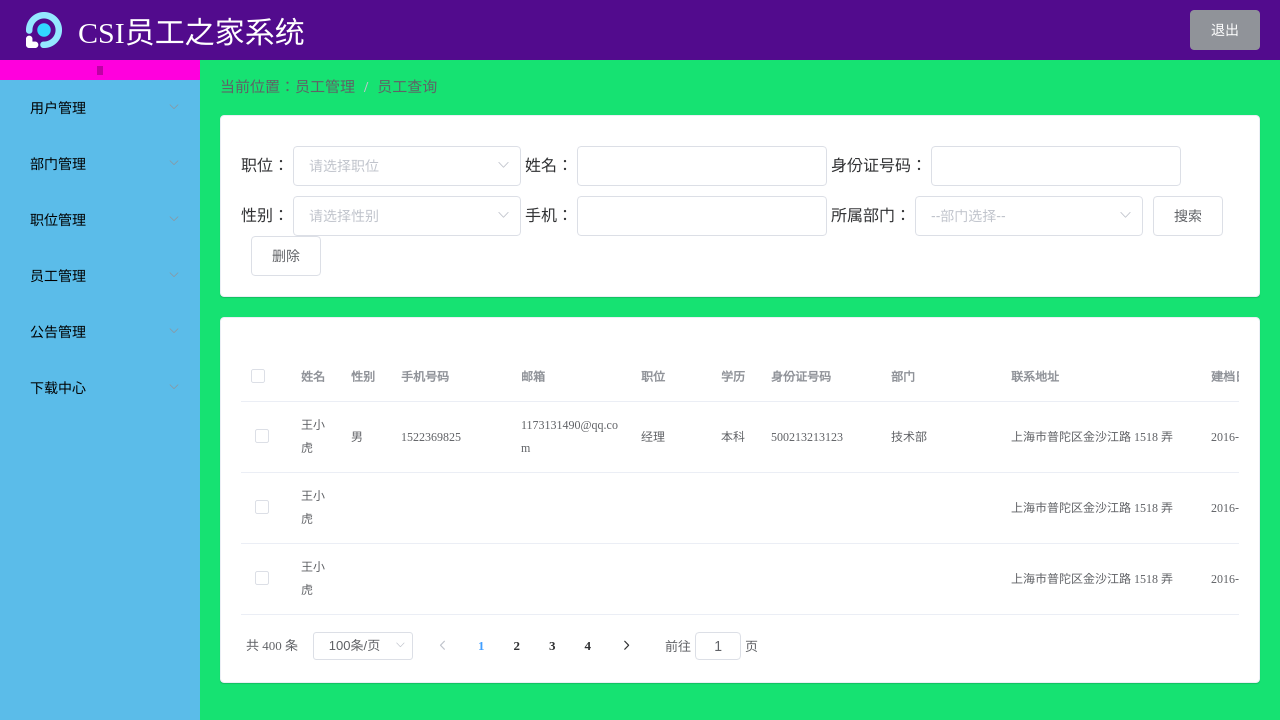
Repository: YUNjwyao/vue_hrm
Page: /#/employee
The author's editor kept a copy of each file at every save. The page is drawn from the files as they stood at one save, then again after the next save.
The browser window is 1280 px wide. The pictures show the whole page.
The project was rebuilt for these pictures with package versions that can differ from the ones it lists, and the page was loaded fresh each time. Also part of the build but not shown: src/components/Login.vue, src/components/Face/Face.vue, src/components/Employee/ShowAddEmployee.vue, src/components/Employee/ShowUpdateEmployee.vue, src/components/Notice/Notice.vue, src/components/Notice/ShowUpdateNotice.vue, src/components/Notice/ShowAddNotice.vue, src/components/Document/Document.vue and 2 more.

Above is the page before, as saved 2020-10-16 10:38:28.

After the next save:
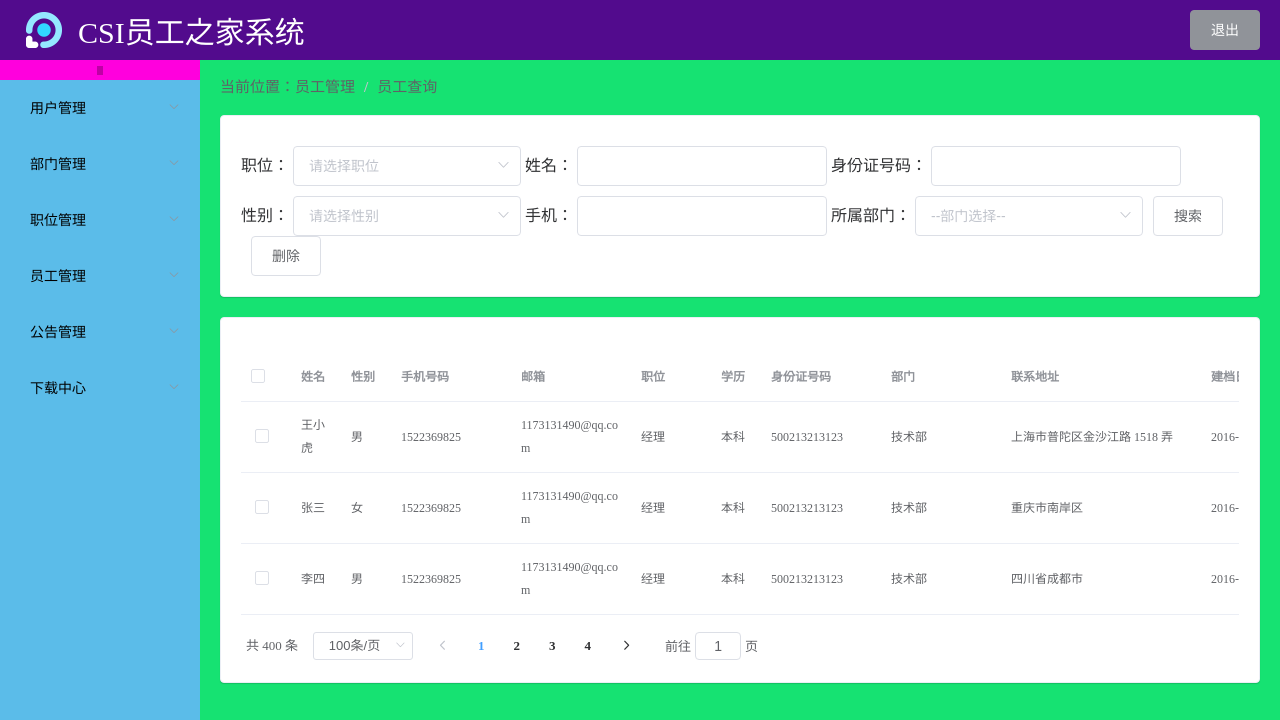
Saved 93 s later.
--- a/src/components/Employee/EmployeeQuery.vue
+++ b/src/components/Employee/EmployeeQuery.vue
@@ -144,14 +144,28 @@ export default {
           date: "2016-12-03",
         },
         {
-          date: "2016-05-02",
-          name: "王小虎",
-          address: "上海市普陀区金沙江路 1518 弄",
-        },
-        {
-          date: "2016-05-04",
-          name: "王小虎",
-          address: "上海市普陀区金沙江路 1518 弄",
+          name: "张三",
+          sex: "女",
+          phone: "1522369825",
+          email: "1173131490@qq.com",
+          job: "经理",
+          education: "本科",
+          IdNumber: "500213213123",
+          door: "技术部",
+          address: "重庆市南岸区",
+          date: "2016-12-03",
+        },
+       {
+          name: "李四",
+          sex: "男",
+          phone: "1522369825",
+          email: "1173131490@qq.com",
+          job: "经理",
+          education: "本科",
+          IdNumber: "500213213123",
+          door: "技术部",
+          address: "四川省成都市",
+          date: "2016-12-03",
         },
       ],
       multipleSelection: [],
